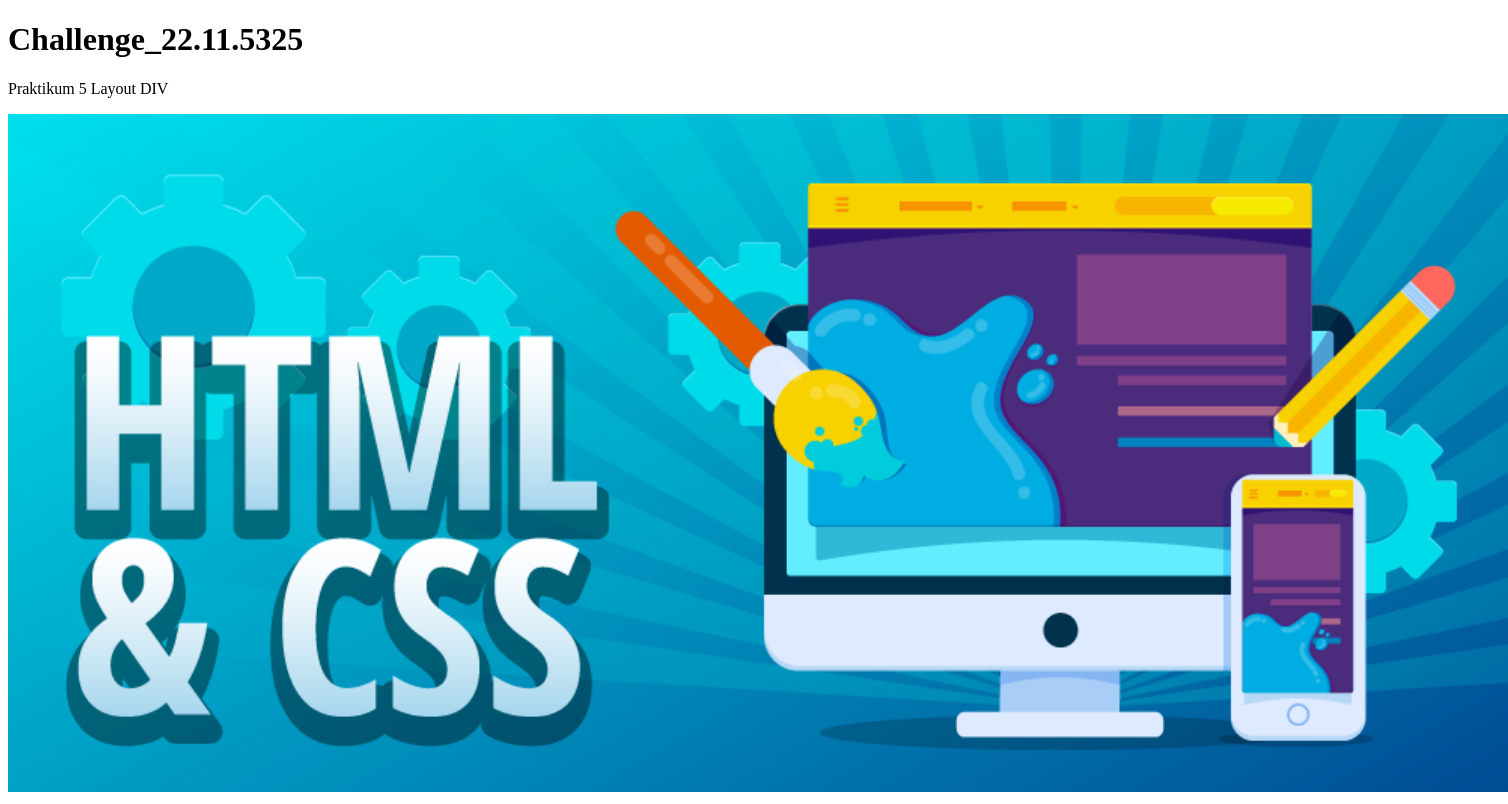
Repository: Jambrong-noob/challenge_22.11.5325_p5
Page: Challenge_22115325.html
These files come from the project's save history. The page is drawn as it stood at one moment and after the next save; the edit follows.
The browser window is 1280 px wide. The page is 1508 px wide, then 1280 px, so the pictures cover 1508 px, including what lies to the right of the window. The pictures show the whole page.

Above is the page before, as saved 2026-04-27 11:29:42.

After the next save:
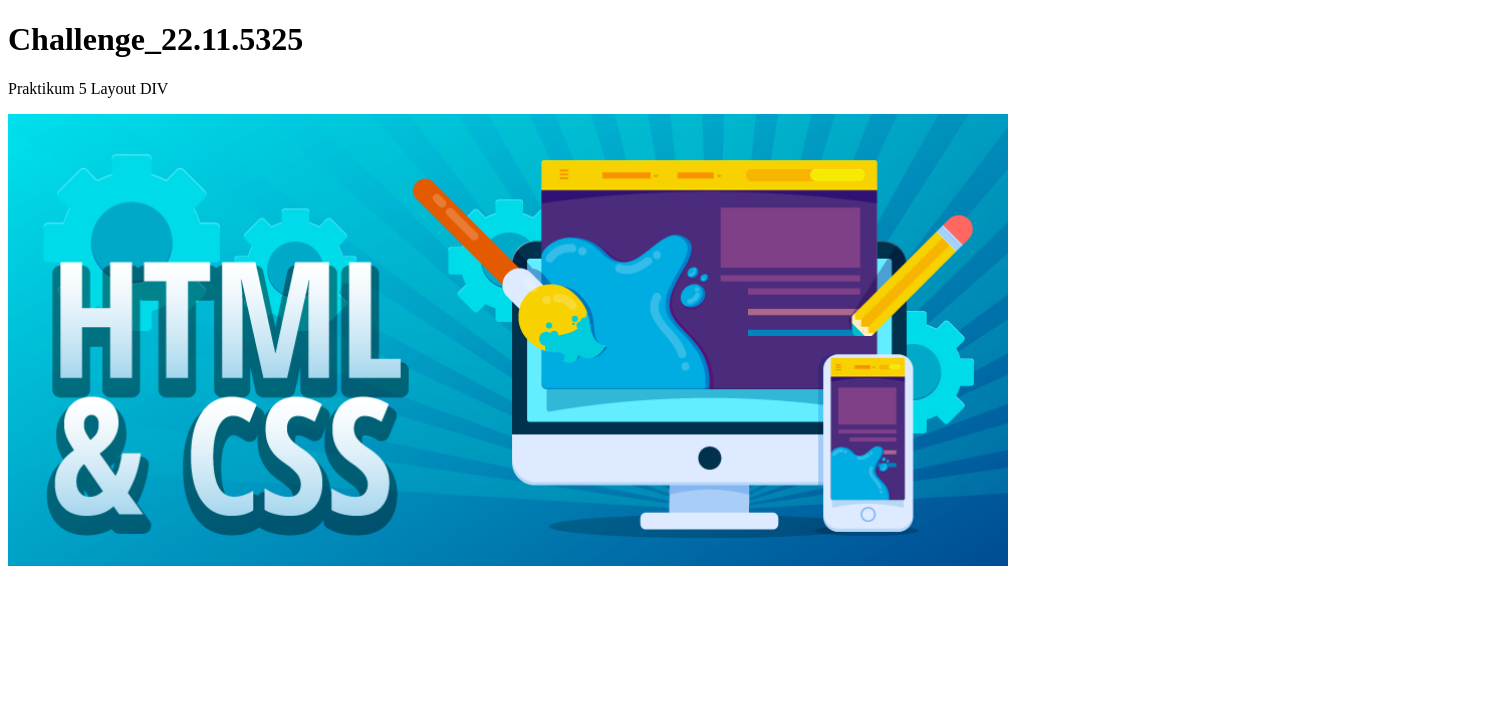
Saved 7 s later.
--- a/Challenge_22115325.html
+++ b/Challenge_22115325.html
@@ -18,7 +18,7 @@
         Praktikum 5 Layout DIV
     </p>
     <header>
-        <img src="pict.png" alt="pict" width="1500px">
+        <img src="pict.png" alt="pict" width="1000px">
     </header>
 </body>
 </html>
